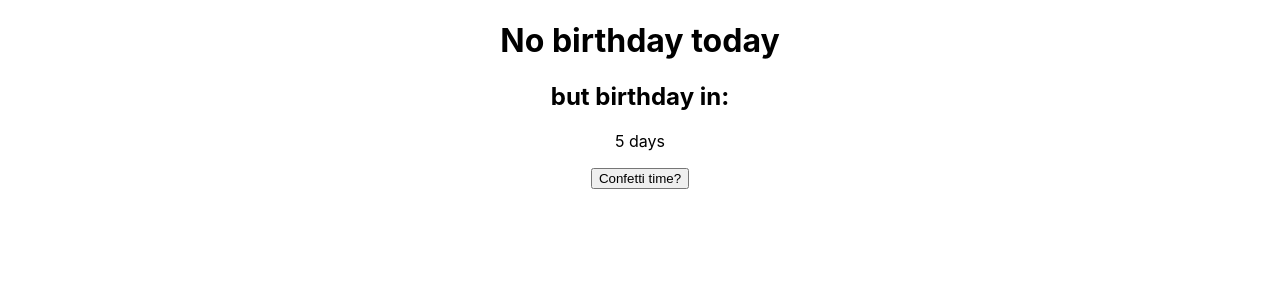
Repository: David-Waite/HannahsBirthdayWebsite
Page: /
The author's editor kept a copy of each file at every save. The page is drawn from the files as they stood at one save, then again after the next save.
The browser window is 1280 px wide. The pictures show the whole page.
The project was rebuilt for these pictures with package versions that can differ from the ones it lists, and the page was loaded fresh each time.

Above is the page before, as saved 2023-03-30 17:42:53.

### src/App.js
import "./App.css";

import Confetti from "react-confetti";
import { useState } from "react";

function App() {
  const [confetti, setConfetti] = useState(null);

  function rainConfetti() {
    setConfetti(true);
  }

  function isBirthdayToday() {
    const date = new Date();

    if (date.getMonth() === 3 && date.getDate() === 5) {
      return true;
    }
    return false;
  }

  function getDaysUntilBirthday() {
    const date = new Date();
    const hannahBday = new Date(date.getFullYear(), 3, 5);
    const oneDay = 1000 * 60 * 60 * 24;

    const daysUntilBirthday =
      Math.ceil(hannahBday.getTime() - date.getTime()) / oneDay;
    return daysUntilBirthday;
  }

  let buttonText = "";

  if (confetti == null) {
    buttonText = "Confetti time?";
  } else if (confetti) {
    buttonText = "Yes";
  } else {
    buttonText = "Not yet";
  }
  // 5th april
  let birthdayText = "";
  if (isBirthdayToday()) {
    birthdayText = <h1>Happy birthday!🥳</h1>;
  } else {
    birthdayText = (
      <>
        <h1>No birthday today</h1>
        <h2>but birthday in:</h2>
        <p>{Math.floor(getDaysUntilBirthday())} days</p>
      </>
    );
  }
  console.log(isBirthdayToday());
  const date = new Date();

  return (
    <div className="App">
      {confetti && <Confetti />}
      {birthdayText}
      <button onClick={rainConfetti}>{buttonText}</button>
    </div>
  );
}

export default App;

Loaded but not shown: public/index.html (common file); src/index.js (common file); src/index.css (common file); src/reportWebVitals.js (common file); src/App.css (common file)

After the next save:
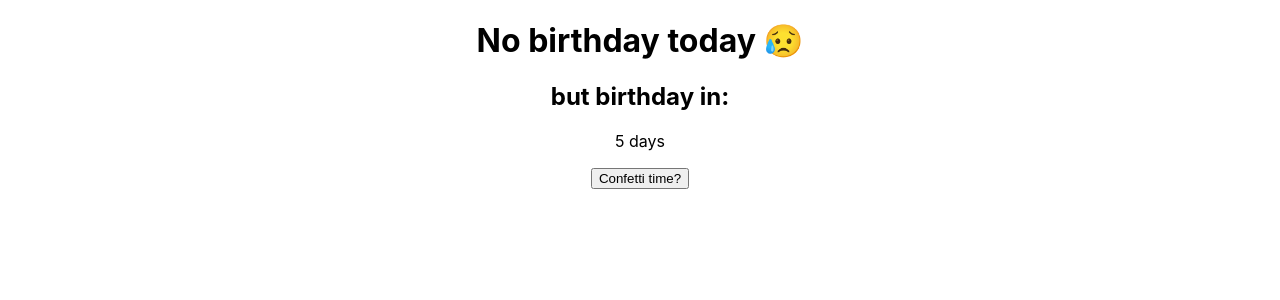
Saved 25 s later.
--- a/src/App.js
+++ b/src/App.js
@@ -45,7 +45,7 @@ function App() {
   } else {
     birthdayText = (
       <>
-        <h1>No birthday today</h1>
+        <h1>No birthday today 😥</h1>
         <h2>but birthday in:</h2>
         <p>{Math.floor(getDaysUntilBirthday())} days</p>
       </>
